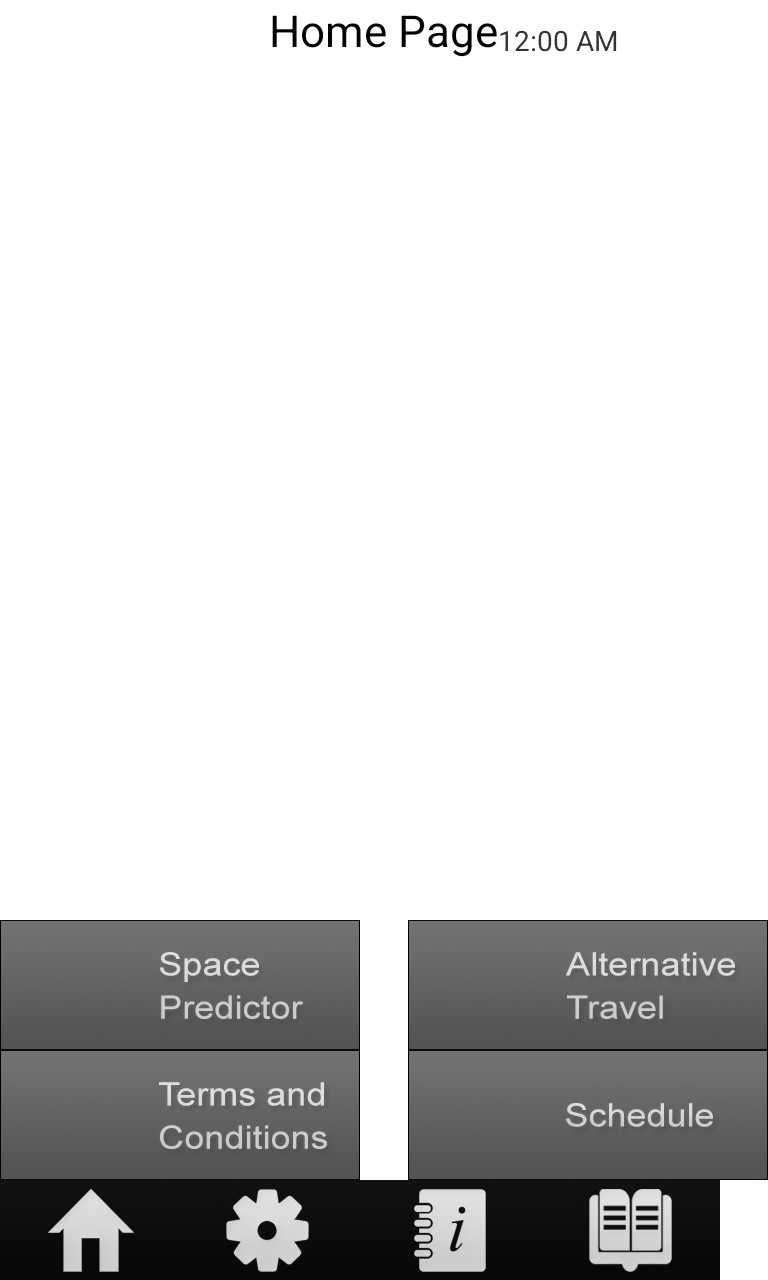
Repository: jo3bolton/PIKJEJ
Layout: PIKJEJ v7/PIKJEJ/res/layout/activity_home.xml
An editor plug-in stored every save of this project. The layout is shown before and after the next save, followed by the edit.
It is drawn on a 768 x 1280 px phone screen (xhdpi) without system bars, with theme AppTheme; the app's code is not run.

Above is the layout before, as saved 2013-03-23 14:14:09.

After the next save:
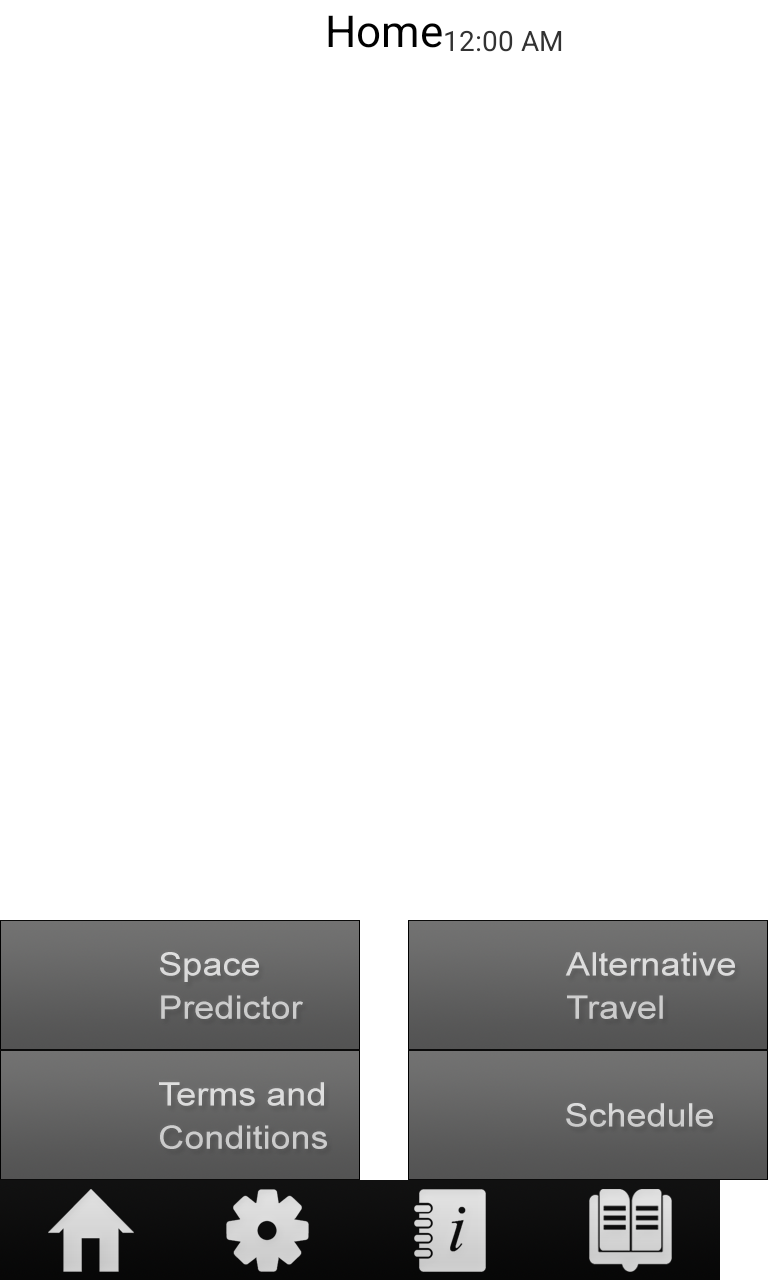
Saved 36 s later.
--- a/PIKJEJ v7/PIKJEJ/res/layout/activity_home.xml
+++ b/PIKJEJ v7/PIKJEJ/res/layout/activity_home.xml
@@ -59,10 +59,9 @@
         android:id="@+id/textView1"
         android:layout_width="wrap_content"
         android:layout_height="wrap_content"
-        android:layout_above="@+id/ImageButton1"
         android:layout_centerHorizontal="true"
         android:layout_marginBottom="132dp"
-        android:text="Home Page"
+        android:text="@string/title_activity_home"
         android:textAppearance="?android:attr/textAppearanceLarge" />
 
     <ImageButton
